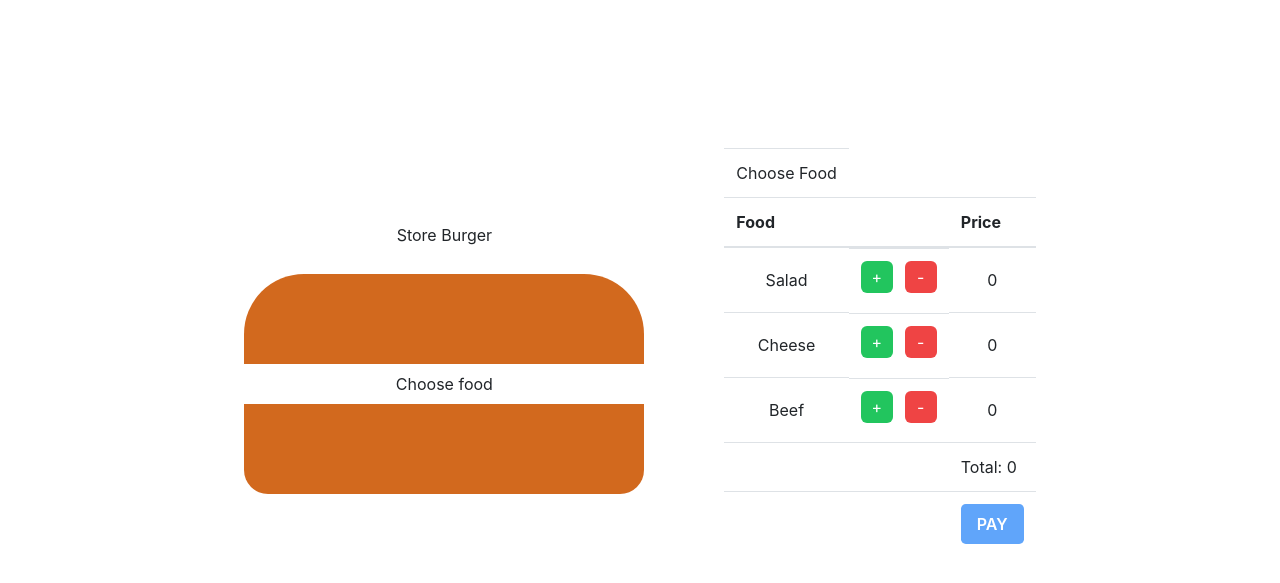
Repository: baobaodeveloper/bootcamp21_HuynhAnhBao_Burger
Page: /
These files come from the project's save history. The page is drawn as it stood at one moment and after the next save; the edit follows.
The browser window is 1280 px wide. The pictures show the whole page.
The project was rebuilt for these pictures with package versions that can differ from the ones it lists, and the page was loaded fresh each time. Also part of the build but not shown: vite.config.js.

Above is the page before, as saved 2022-05-15 19:04:48.

After the next save:
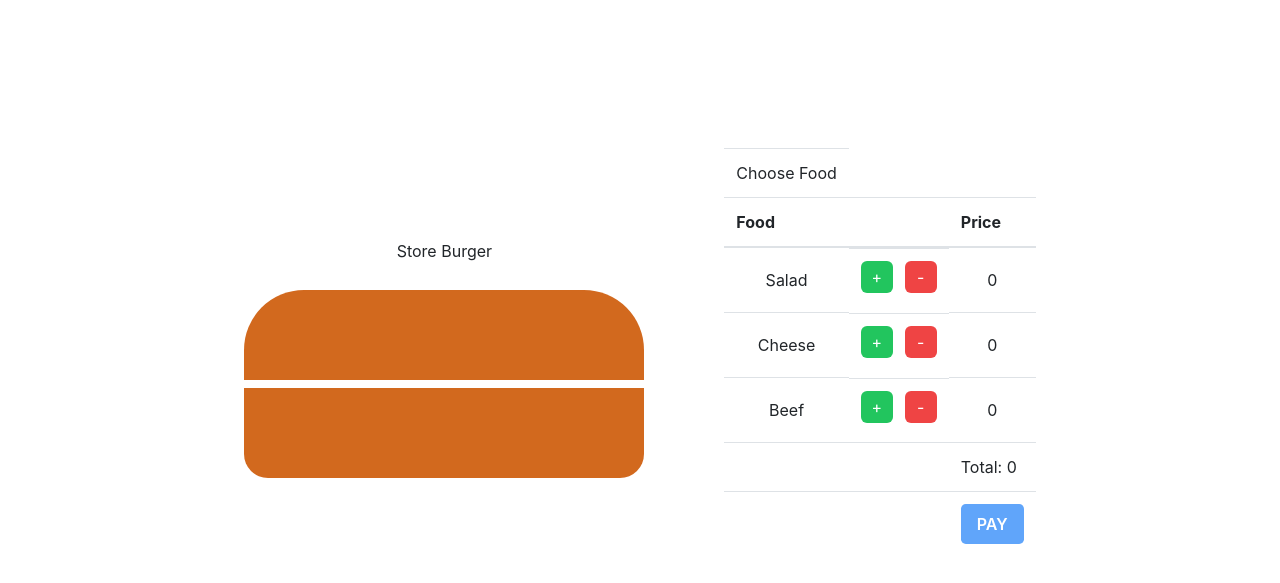
Saved 52 s later.
--- a/src/components/dataBuger/Burger.jsx
+++ b/src/components/dataBuger/Burger.jsx
@@ -26,7 +26,7 @@ export default function Burger() {
           <div className="bg-[#D2691E] w-full h-[30px] relative">
             <div className="bg-[#D2691E] w-full h-[60px] absolute top-0 left-0 -translate-y-[60px] rounded-tl-full rounded-tr-full"></div>
           </div>
-          <p>Choose food</p>
+          {dataRenderFood.length < 0 && <p>Choose food</p>}
 
           {dataRenderFood.length > 0 &&
             dataRenderFood.map((item, i) => (
